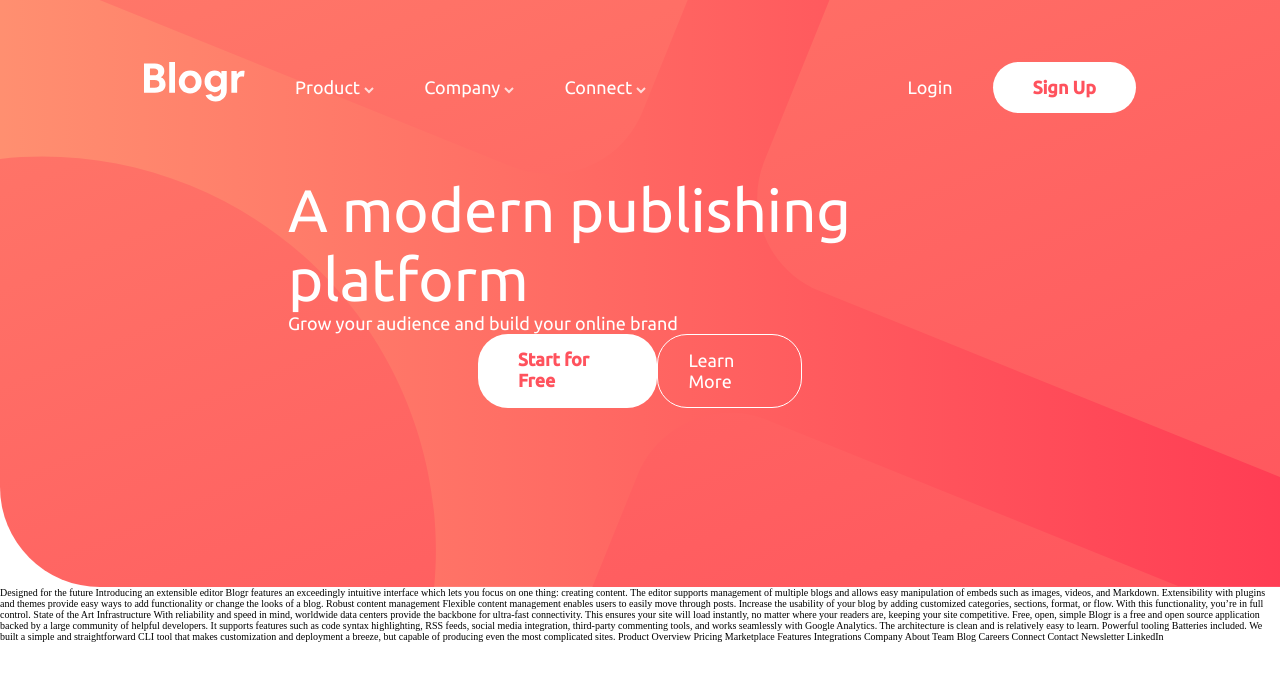
Repository: tomas938/tomaspage3
Page: index.html
These files come from the project's save history. The page is drawn as it stood at one moment and after the next save; the edit follows.
The browser window is 1280 px wide. The pictures show the whole page.
The style sheet was rebuilt from its Sass, Less or Tailwind sources for each picture, by a compiler version that may differ from the author's.

Above is the page before, as saved 2021-07-30 09:22:20.

After the next save:
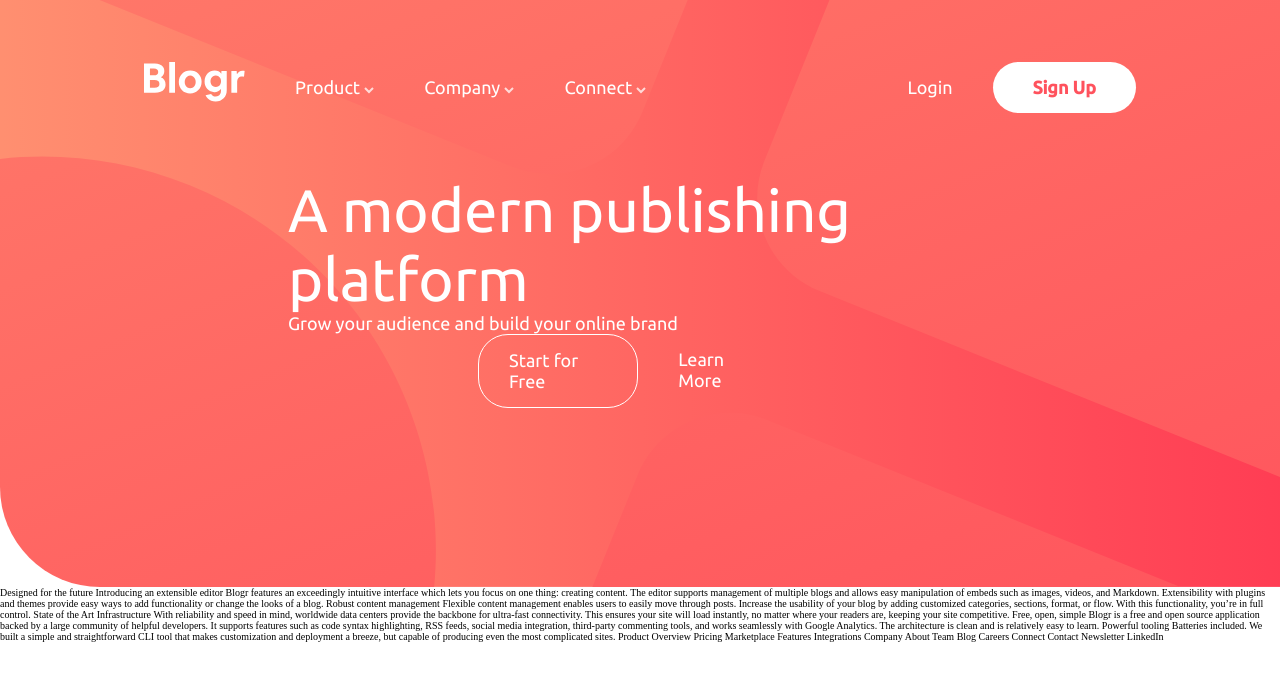
Saved 12 s later.
--- a/index.html
+++ b/index.html
@@ -77,8 +77,8 @@
 				<h1>A modern publishing platform</h1>
 				<p>Grow your audience and build your online brand</p>
 				<div class="intro__description__buttons">
-					<div class="button button--2">Start for Free</div>
-					<div class="button button--3">Learn More</div>
+					<div class="button button--3">Start for Free</div>
+					<div class="button button--4">Learn More</div>
 				</div>
 			</div>
 		</section>
